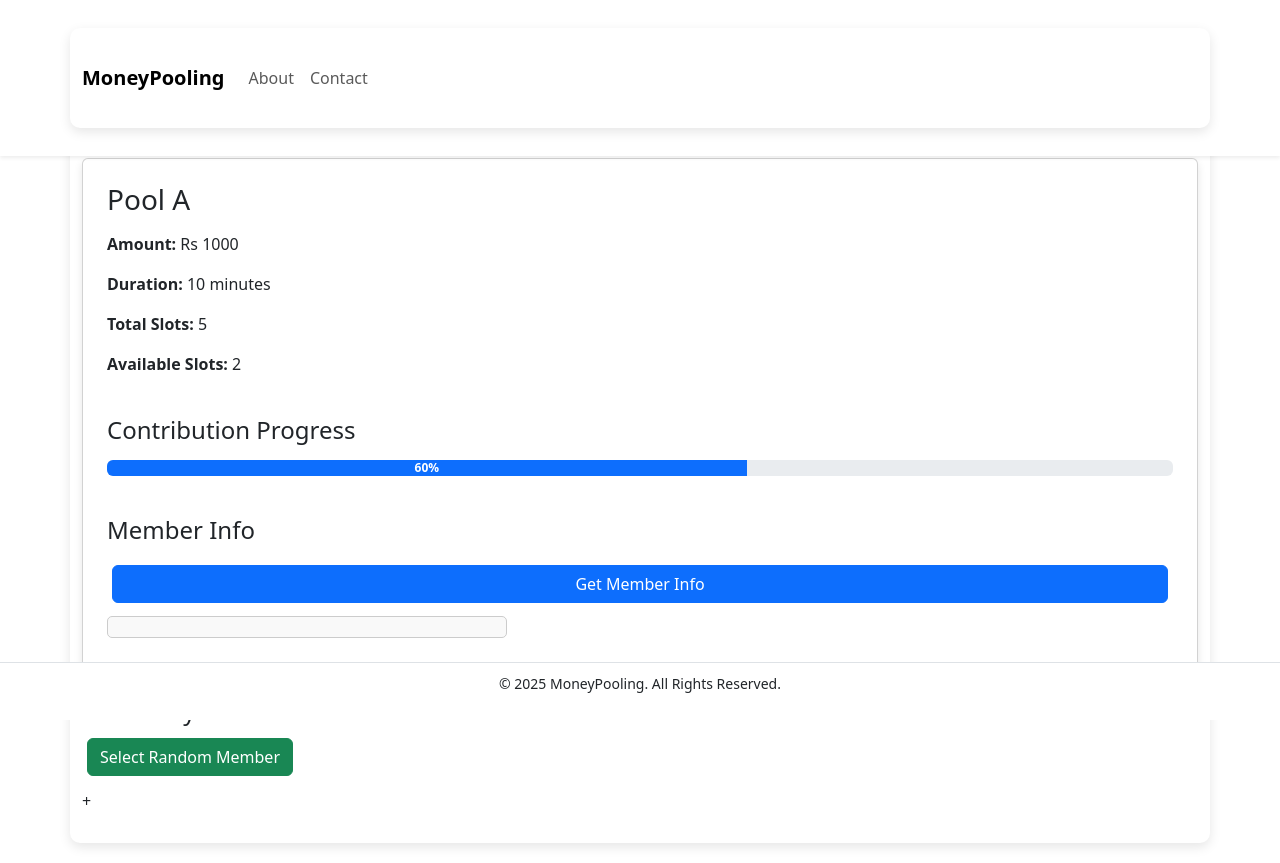
Repository: xxgautm420/MoneyPool
Page: http://localhost/progress
These files come from the project's save history. The page is drawn as it stood at one moment and after the next save; the edit follows.
The browser window is 1280 px wide. The pictures show the whole page.
The page is served by the project's application, run on Flask 3 (app.py). Other server files are loaded and not shown.

Above is the page before, as saved 2025-03-02 12:09:20.

### templates/progress.html
<!DOCTYPE html>
<html lang="en">
<head>
    <meta charset="UTF-8">
    <meta name="viewport" content="width=device-width, initial-scale=1.0">
    <title>Money Pooling</title>

    <!-- External Stylesheets -->
    <link rel="stylesheet" href="{{ url_for('static', filename='Css/progress.css') }}">
    <link href="https://cdn.jsdelivr.net/npm/bootstrap@5.3.0-alpha1/dist/css/bootstrap.min.css" rel="stylesheet">
</head>
<body>

    <!-- Navbar -->
    <nav class="navbar navbar-expand-lg navbar-light bg-white fixed-top shadow-sm">
        <div class="container">
            <a class="navbar-brand fw-bold" href="#">MoneyPooling</a>
            <div class="collapse navbar-collapse">
                <ul class="navbar-nav me-auto mb-2 mb-lg-0">
                    <li class="nav-item">
                        <a class="nav-link" href="#">About</a>
                    </li>
                    <li class="nav-item">
                        <a class="nav-link" href="#">Contact</a>
                    </li>
                </ul>
            </div>
        </div>
    </nav>

    <!-- Main Content -->
    <!-- Pool Details Section -->
    <div class="container mt-5 pt-5">
        <h2 class="text-center mb-4">Pool Details</h2>
        <div class="card p-4">
            <h3 id="poolName">Pool A</h3>
            <p><strong>Amount:</strong> Rs <span id="poolAmount">1000</span></p>
            <p><strong>Duration:</strong> 10 minutes</p>
            <p><strong>Total Slots:</strong> 5</p>
            <p><strong>Available Slots:</strong> <span id="availableSlots">2</span></p>

            <!-- Contribution Progress -->
            <h4 class="mt-4">Contribution Progress</h4>
            <div class="progress mb-3">
                <div id="progressBar" class="progress-bar" role="progressbar" style="width: 60%">60%</div>
            </div>

            <!-- Member Info Section -->
            <h4 class="mt-4">Member Info</h4>
            <button id="memberInfoButton" class="btn btn-primary" onclick="fetchUsername(1)">Get Member Info</button>
            <div id="usernamePlaceholder" class="username-placeholder mt-2"></div> <!-- Placeholder for username -->

        </div>



    <h4 class="mt-4">Randomly Selected Member</h4>
    <button id="randomSelectButton" class="btn btn-success">Select Random Member</button>
    <div id="selectedMemberPlaceholder" class="selected-member-placeholder mt-2"></div> <!-- Placeholder for selected username -->+
    </div>




    <!-- Footer -->
    <footer class="footer">
        <p>&copy; 2025 MoneyPooling. All Rights Reserved.</p>
    </footer>

    <!-- External JavaScript -->
    <script src="{{ url_for('static', filename='Script/progress.js') }}"></script>
</body>
</html>

### app.py
from flask import Flask, render_template , jsonify
from user import User, db
from config import Config
from auth import auth_bp

app = Flask(__name__)
app.config.from_object(Config)
db.init_app(app)

app.register_blueprint(auth_bp)

@app.route('/')
def home():
    return render_template('index.html')

@app.route('/progress')
def progress():
    return render_template('progress.html')

@app.route('/api/users/top5', methods=['GET'])
def get_top5_users():
    users = User.query.limit(5).all()
    return jsonify([user.username for user in users])

if __name__ == '__main__':
    app.run(debug=True)

### static/Css/progress.css
General Page Styling
body {
    font-family: Arial, sans-serif;
    text-align: center;
    margin: 0;
    background-color: white;
    padding-top: 70px; /* Space for fixed navbar */
    display: flex;
    flex-direction: column;
    min-height: 100vh; /* Ensure the body takes at least the full height of the viewport */
}

/* Navbar */
.navbar {
    box-shadow: 0px 2px 5px rgba(0, 0, 0, 0.1);
}

/* Main Container */
/* Pool Details Section */
.container {
    width: 80%;
    max-width: 600px;
    margin: 20px auto;
    padding: 30px;
    background-color: #fff;
    border-radius: 10px;
    box-shadow: 0 4px 12px rgba(0, 0, 0, 0.1);
    flex: 1; /* Allow the container to grow and take available space */
    overflow-y: auto; /* Enable vertical scrolling if content exceeds height */
}

.card {
    padding: 20px;
    border: 1px solid #dee2e6;
    border-radius: 10px;
    background-color: #ffffff;
    box-shadow: 0 4px 8px rgba(0, 0, 0, 0.1);
}

.card h3, .card h4 {
    margin-bottom: 15px;
}

.progress {
    height: 25px;
}

.progress-bar {
    background-color: #28a745; /* Green background for progress bar */
    color: white;
    font-weight: bold;
    line-height: 25px; /* Vertically center the text within the progress bar */
}

.list-group-item {
    padding: 10px;
    border: 1px solid #dee2e6;
    margin-bottom: 5px;
}

.btn {
    margin: 5px;
    padding: 10px 20px;
    font-size: 16px;
    border-radius: 5px;
    border: none;
}

.btn-success {
    background-color: #28a745;
    color: white;
}

.btn-success:hover {
    background-color: #218838;
}

.mt-4 {
    margin-top: 1.5rem;
}

.mt-5 {
    margin-top: 3rem;
}

.mb-3 {
    margin-bottom: 1rem;
}

.mb-4 {
    margin-bottom: 1.5rem;
}

.text-center {
    text-align: center;
}

/* Footer */
footer {
    width: 100%;
    background-color: white;
    text-align: center;
    padding: 10px;
    font-size: 14px;
    border-top: 1px solid #dee2e6;
    position: fixed; /* Fixed position to stick to the bottom */
    bottom: 0; /* Align to the bottom of the viewport */
    left: 0; /* Ensure it spans the entire width */
    z-index: 1000; /* Ensure it's on top of other elements */
}

.username-placeholder {
    padding: 10px;
    border: 1px solid #ccc;
    border-radius: 5px;
    background-color: #f9f9f9;
    max-width: 400px;
    margin: 10px 0;
}

.username-item {
    padding: 5px;
    border-bottom: 1px solid #ddd;
    font-family: Arial, sans-serif;
    font-size: 14px;
}

.username-item:last-child {
    border-bottom: none;
}

### static/Script/progress.js
document.addEventListener("DOMContentLoaded", () => {
    const memberInfoButton = document.getElementById("memberInfoButton");
    const usernamePlaceholder = document.getElementById("usernamePlaceholder");
    const randomSelectButton = document.getElementById("randomSelectButton");
    const selectedMemberPlaceholder = document.getElementById("selectedMemberPlaceholder");

    let usernames = [];
    let selectedUsernames = new Set();

    // Fetch and display top 5 users
    memberInfoButton.addEventListener("click", () => {
        fetch('/api/users/top5')
            .then(response => response.json())
            .then(data => {
                usernames = data;
                usernamePlaceholder.innerHTML = usernames.map(user => `<div class="username-item">${user}</div>`).join('');
            })
            .catch(error => {
                console.error('Error fetching user data:', error);
                usernamePlaceholder.innerHTML = 'An error occurred';
            });
    });

    // Randomly select and display a member
    randomSelectButton.addEventListener("click", () => {
        if (selectedUsernames.size >= usernames.length) {
            selectedMemberPlaceholder.innerHTML = 'All members have been selected.';
            return;
        }

        let remainingUsers = usernames.filter(user => !selectedUsernames.has(user));
        let randomIndex = Math.floor(Math.random() * remainingUsers.length);
        let selectedUser = remainingUsers[randomIndex];

        selectedUsernames.add(selectedUser);

        selectedMemberPlaceholder.innerHTML = `Selected Member: ${selectedUser}`;

        setTimeout(() => {
            randomSelectButton.click();
        }, 5000);
    });
});

After the next save:
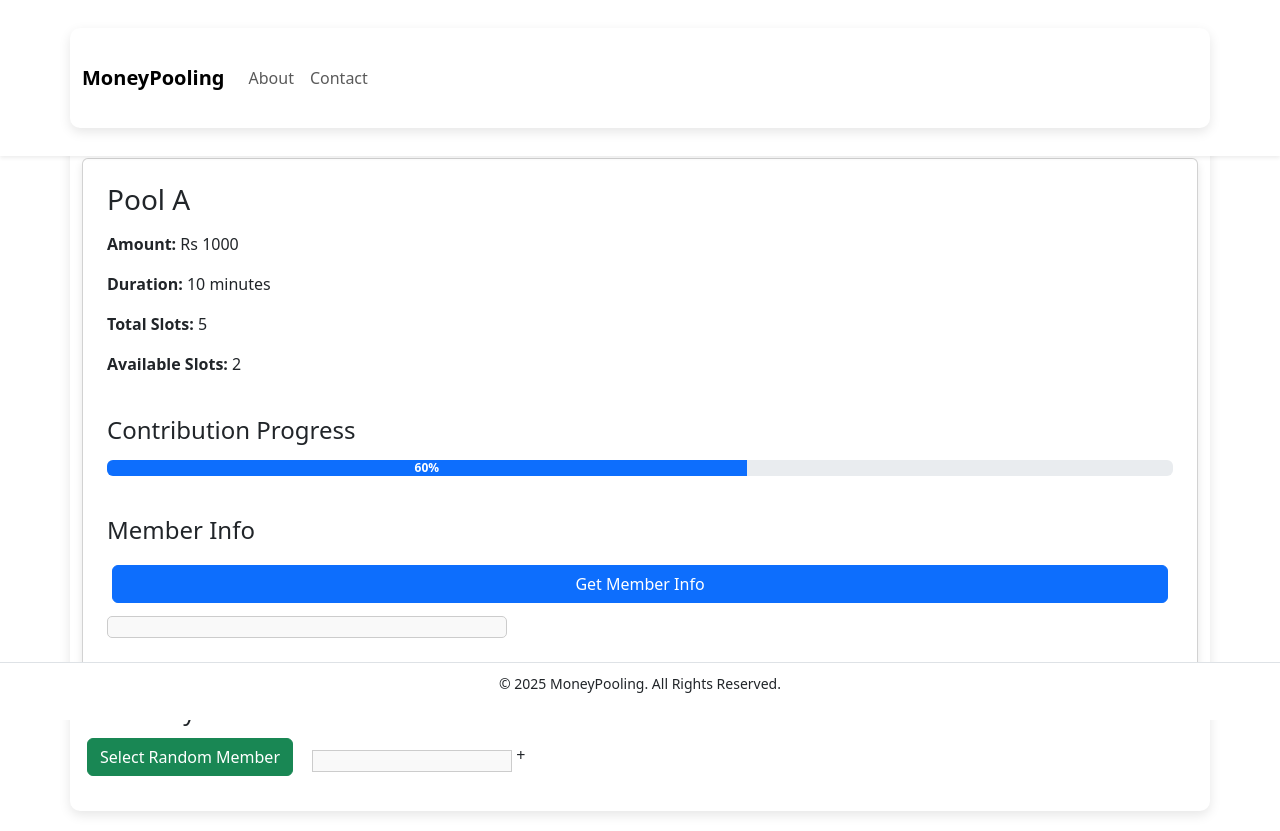
Saved 50 min 30 s later.
--- a/static/Css/progress.css
+++ b/static/Css/progress.css
@@ -128,3 +128,13 @@ footer {
 .username-item:last-child {
     border-bottom: none;
 }
+
+.selected-member-placeholder {
+    display: inline-block;
+    margin-left: 10px; /* Adjust the space between the button and the placeholder */
+    padding: 10px;
+    border: 1px solid #ccc;
+    background-color: #f9f9f9;
+    width: 200px; /* Adjust the width as needed */
+    vertical-align: middle; /* Aligns vertically with the button */
+}
